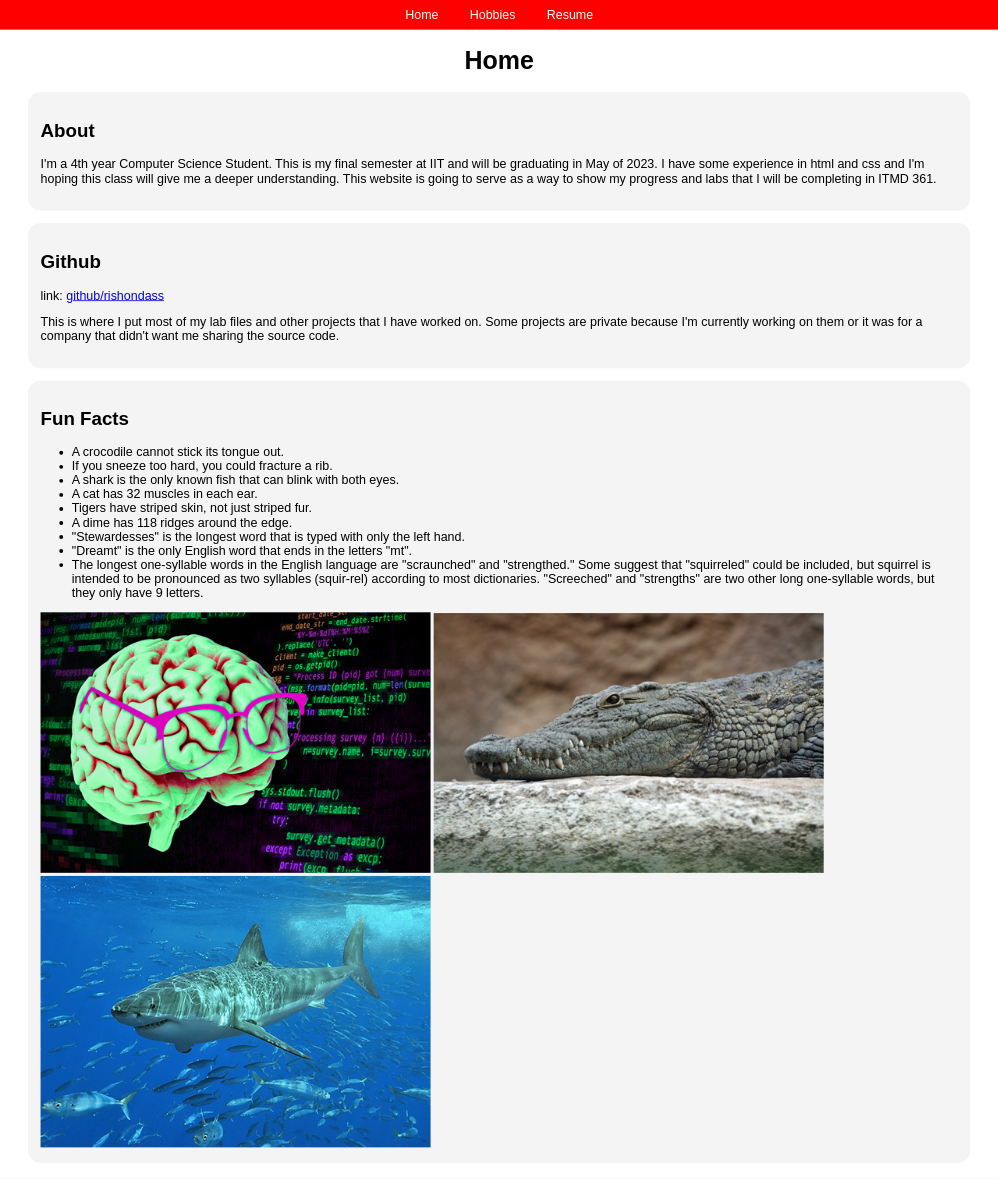
Repository: rishondass/ITMD361-Project2
Page: index.html
An editor plug-in stored every save of this project. The page is shown before and after the next save, followed by the edit.
The browser window is 1280 px wide. The pictures show the whole page, at 78% of full size.

Above is the page before, as saved 2023-03-07 21:52:19.

### index.html
<!DOCTYPE html>
<html lang="en">
<head>
    <meta charset="UTF-8">
    <meta name="viewport" content="width=device-width, initial-scale=1.0">
    <link rel="stylesheet" href="css/style.css">
    <link rel="stylesheet" href="css/normalize.css">
    <title>Home</title>
</head>
<body>
    <nav id="main-nav">
        <ul>
            <li>
                <a href="index.html">Home</a>
            </li>
            <li>
                <a href="hobbies.html">Hobbies</a>
            </li>
            <li>
                <a href="resume.html">Resume</a>
            </li>
        </ul>
    </nav>
    <div id="hero-section">
        <h1 id="title-Home">
            Home
        </h1>
    </div>
    <div id="main-container">
        <div id="about-section">
            <h2>
                About
            </h2>
            <p>
                I'm a 4th year Computer Science Student. This is my final semester at IIT and will be graduating in May of 2023. I have some experience in html and css and I'm hoping this class will give me a deeper understanding. This website is going to serve as a way to show my progress and labs that I will be completing in ITMD 361.
            </p>
        </div>
        <div id="github-section">
            <h2>
                Github
            </h2>
            <p>
                link: <a target="_blank" href="https://www.github.com/rishondass">github/rishondass</a>
            </p>
            <p>
                This is where I put most of my lab files and other projects that I have worked on. Some projects are private because I'm currently working on them or it was for a company that didn't want me sharing the source code.
            </p>
        </div>

        <div id="funfactions-section">
            <h2>
                Fun Facts
            </h2>
            <ul>
                <li>
                    A crocodile cannot stick its tongue out.
                </li>
                <li>
                    If you sneeze too hard, you could fracture a rib.
                </li>
                <li>
                    A shark is the only known fish that can blink with both eyes.
                </li>
                <li>
                    A cat has 32 muscles in each ear.
                </li>
                <li>
                    Tigers have striped skin, not just striped fur.
                </li>
                <li>
                    A dime has 118 ridges around the edge.
                </li>
                <li>
                    "Stewardesses" is the longest word that is typed with only the left hand.
                </li>
                <li>
                    "Dreamt" is the only English word that ends in the letters "mt".
                </li>
                <li>
                    The longest one-syllable words in the English language are "scraunched" and "strengthed." Some suggest that "squirreled" could be included, but squirrel is intended to be pronounced as two syllables (squir-rel) according to most dictionaries. "Screeched" and "strengths" are two other long one-syllable words, but they only have 9 letters.
                </li>
            </ul>
            <img src="images/code.jpg" alt="image_of_code">
            <img src="images/Nile_crocodile_head.jpg" alt="image_of_crocodile">
            <img src="images/White_shark.jpg" alt="image_of_shark">
        </div>


    </div>
</body>
</html>

### css/style.css
#main-nav{
    background-color: red;
    overflow: hidden;
}

#main-nav ul{
    list-style-type: none;
    padding: 0;
    margin: 0;
    display: flex;
    justify-content: center;
}

#main-nav a{
   display: block;
   padding: 10px 20px;
   text-decoration: none;
   color: white;
}


#main-nav a:hover{
    background-color: rgb(255, 255, 255);
    color:black;
}

#main-container{
    margin: 20px;
}

/*
To be added
#hero-section{
    width: 100%;
    height: 100vh;
    background-color:rgb(15, 92, 207);
} */

#title-Home{
    text-align: center;
}

#about-section{

}

#main-container div{
    margin: 1rem;
    border-radius: 1rem;
    padding: 1rem;
    background-color:rgb(245, 244, 244);
}

Loaded but not shown: css/normalize.css (library)

After the next save:
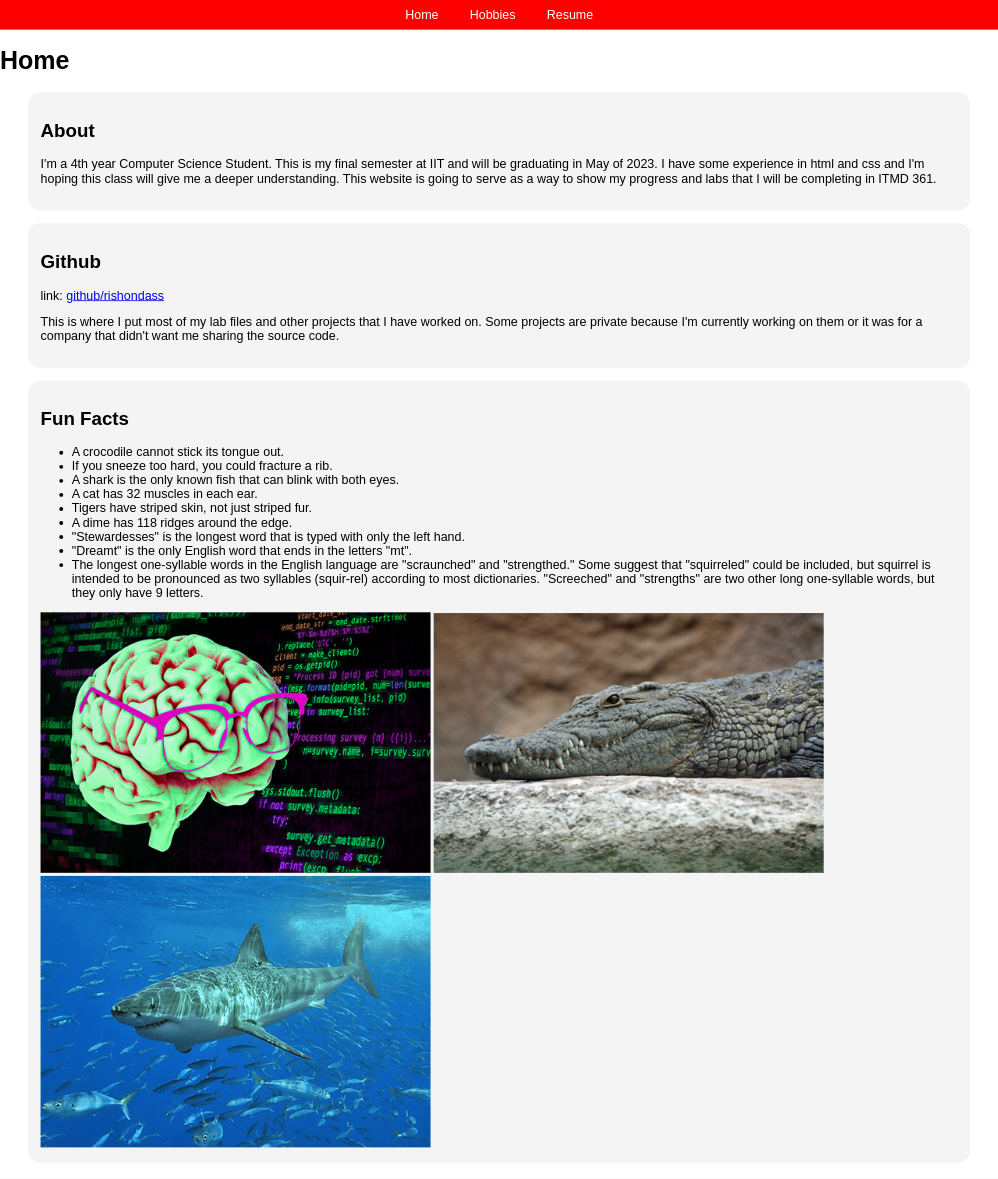
Saved 57 s later.
--- a/css/style.css
+++ b/css/style.css
@@ -36,7 +36,7 @@ To be added
     background-color:rgb(15, 92, 207);
 } */
 
-#title-Home{
+#title{
     text-align: center;
 }
 

After the save that followed:
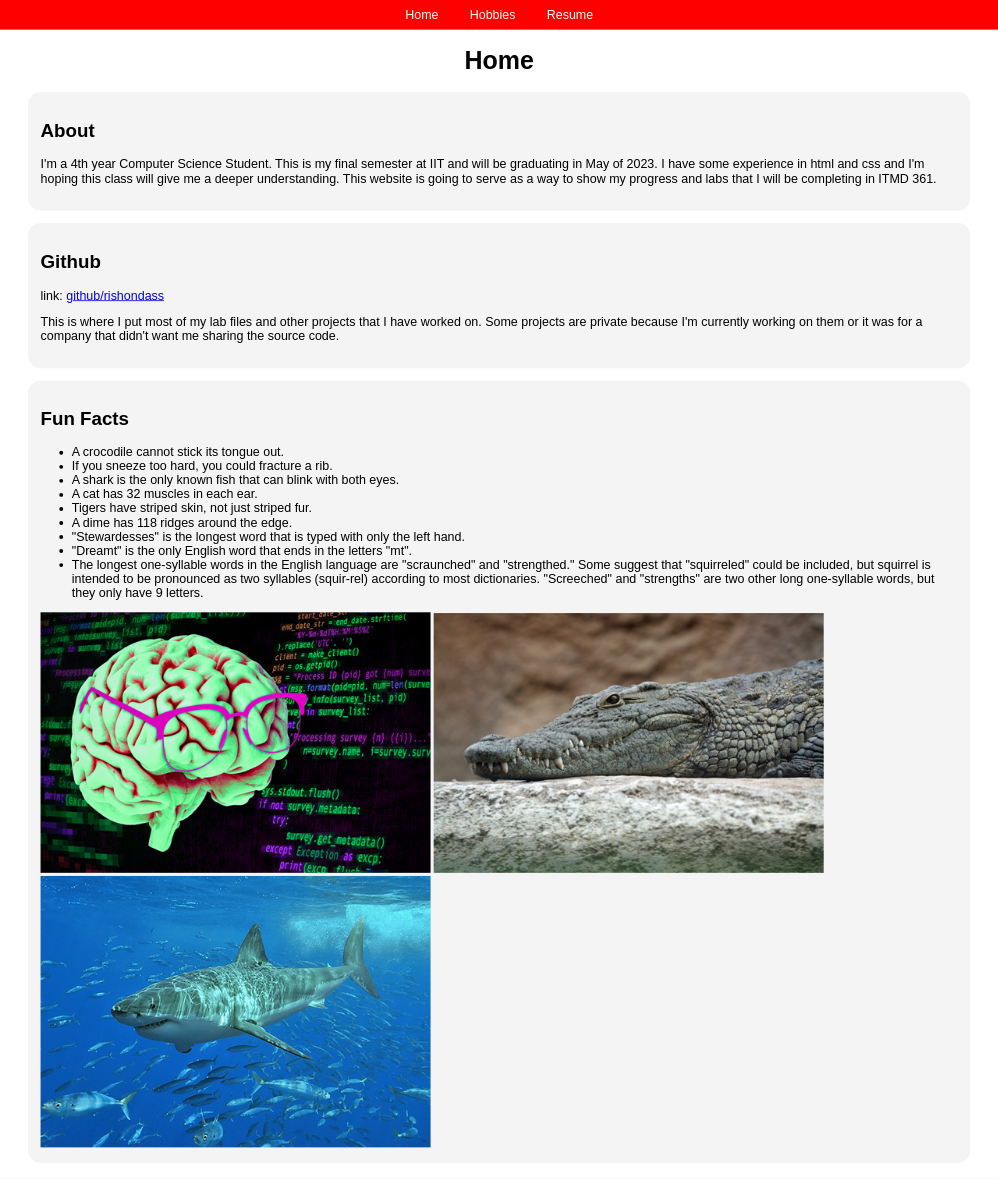
Saved 7 s later.
--- a/index.html
+++ b/index.html
@@ -22,7 +22,7 @@
         </ul>
     </nav>
     <div id="hero-section">
-        <h1 id="title-Home">
+        <h1 id="title">
             Home
         </h1>
     </div>
